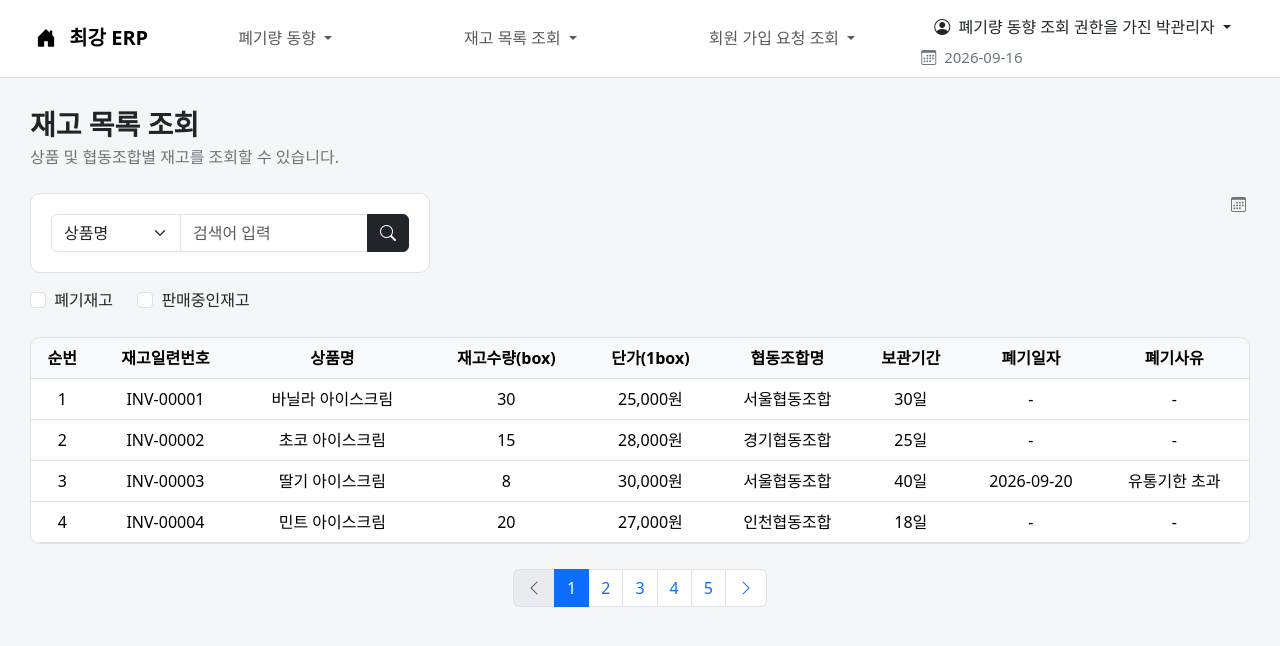
Repository: nojong99/kosta
Page: 32_MVCModel2/src/main/webapp/inventoryList.html
These files come from the project's save history. The page is drawn as it stood at one moment and after the next save; the edit follows.
The browser window is 1280 px wide. The pictures show the whole page.

Above is the page before, as saved 2026-09-23 05:47:52.

### 32_MVCModel2/src/main/webapp/inventoryList.html
<!DOCTYPE html>
<html lang="ko">
<head>
<meta charset="UTF-8">
<meta name="viewport" content="width=device-width, initial-scale=1.0">

<title>재고 목록 조회</title>

<!-- Bootstrap -->
<link
	href="https://cdn.jsdelivr.net/npm/bootstrap@5.3.8/dist/css/bootstrap.min.css"
	rel="stylesheet">

<!-- Bootstrap Icons -->
<link rel="stylesheet"
	href="https://cdn.jsdelivr.net/npm/bootstrap-icons@1.13.1/font/bootstrap-icons.min.css">

<style>
body {
	background-color: #f5f6f8;
}

.inventory-page {
	padding: 30px;
}

/* 검색 영역 */
.search-area {
	width: 30%;
	min-width: 400px;
}

.search-box {
	background-color: white;
	border: 1px solid #dee2e6;
	border-radius: 10px;
	padding: 20px;
}

/* 날짜 */
.current-date {
	font-size: 15px;
	color: #6c757d;
	font-weight: 500;
}

/* 재고 상태 */
.stock-status {
	margin-top: 15px;
}

.stock-status label {
	margin-right: 20px;
	cursor: pointer;
}

/* 목록 */
.inventory-table-area {
	margin-top: 25px;
	background-color: white;
	border-radius: 10px;
	overflow-x: auto;
	border: 1px solid #dee2e6;
}

.inventory-table {
	margin-bottom: 0;
	min-width: 1200px;
}

.inventory-table th {
	background-color: #f8f9fa;
	text-align: center;
	white-space: nowrap;
	vertical-align: middle;
}

.inventory-table td {
	text-align: center;
	vertical-align: middle;
	white-space: nowrap;
}

/* 폐기 상태 */
.disposed {
	color: #dc3545;
	font-weight: 600;
}

/* 판매중 상태 */
.selling {
	color: #198754;
	font-weight: 600;
}

/* 페이지네이션 */
.pagination-area {
	margin-top: 25px;
	display: flex;
	justify-content: center;
}
</style>
</head>

<body>

	<header>
		<nav class="navbar navbar-expand-lg bg-white border-bottom px-4">

			<div class="container-fluid">
				<a class="navbar-brand fw-bold me-4" href="index.html"> <i
					class="bi bi-house-door-fill me-2"></i> 최강 ERP
				</a>
				<ul class="navbar-nav flex-grow-1 mb-2 mb-lg-0">

					<li class="nav-item dropdown flex-fill text-center"><a
						class="nav-link dropdown-toggle" href="#" role="button"
						data-bs-toggle="dropdown"> 폐기량 동향 </a>

						<ul class="dropdown-menu">

							<li><a class="dropdown-item" href="#"> </a></li>

						</ul></li>

					<li class="nav-item dropdown flex-fill text-center"><a
						class="nav-link dropdown-toggle" href="#" role="button"
						data-bs-toggle="dropdown"> 재고 목록 조회 </a>
						<ul class="dropdown-menu">

							<li><a class="dropdown-item" href="#"> </a></li>

						</ul></li>
					<li class="nav-item dropdown flex-fill text-center"><a
						class="nav-link dropdown-toggle" href="#" role="button"
						data-bs-toggle="dropdown"> 회원 가입 요청 조회 </a>

						<ul class="dropdown-menu">

							<li><a class="dropdown-item" href="#"> </a></li>

						</ul></li>



				</ul>
				<div>
				<div class="dropdown">

					<button class="btn dropdown-toggle" data-bs-toggle="dropdown">

						<i class="bi bi-person-circle me-1"></i> 폐기량 동향 조회 권한을 가진 박관리자

					</button>


					<ul class="dropdown-menu dropdown-menu-end">

						<li><a class="dropdown-item" href="#"> 프로필 </a></li>

						<li><a class="dropdown-item" href="#"> 설정 </a></li>

						<li>
							<hr class="dropdown-divider">
						</li>

						<li><a class="dropdown-item" href="#"> 로그아웃 </a></li>

					</ul>

				</div>

				<div class="current-date me-3">
					<i class="bi bi-calendar3 me-1"></i> <span id="currentDate">2026-09-23</span>
				</div>
				</div>
			</div>

		</nav>
	</header>


	<main class="inventory-page">

		<!-- 제목 -->
		<div class="mb-4">
			<h3 class="fw-bold mb-1">재고 목록 조회</h3>
			<p class="text-secondary mb-0">상품 및 협동조합별 재고를 조회할 수 있습니다.</p>
		</div>


		<!-- 검색 영역 -->
		<div class="d-flex justify-content-between align-items-start">

			<!-- 왼쪽 검색 -->
			<div class="search-area">

				<div class="search-box">

					<div class="input-group">

						<!-- 검색 조건 -->
						<select class="form-select" style="max-width: 130px;">
							<option value="product">상품명</option>
							<option value="coop">협동조합명</option>
						</select>

						<!-- 검색어 -->
						<input type="text" class="form-control" placeholder="검색어 입력">

						<!-- 검색 버튼 -->
						<button class="btn btn-dark">
							<i class="bi bi-search"></i>
						</button>

					</div>

				</div>


				<!-- 재고 상태 -->
				<div class="stock-status">

					<label> <input type="checkbox"
						class="form-check-input me-1" id="disposed"> 폐기재고
					</label> <label> <input type="checkbox"
						class="form-check-input me-1" id="selling"> 판매중인재고
					</label>

				</div>

			</div>


			<!-- 현재 날짜 -->
			<div class="current-date">
				<i class="bi bi-calendar3 me-1"></i> <span id="currentDate"></span>
			</div>

		</div>


		<!-- 재고 목록 -->
		<div class="inventory-table-area">

			<table class="table table-hover inventory-table">

				<thead>

					<tr>
						<th>순번</th>
						<th>재고일련번호</th>
						<th>상품명</th>
						<th>재고수량(box)</th>
						<th>단가(1box)</th>
						<th>협동조합명</th>
						<th>보관기간</th>
						<th>폐기일자</th>
						<th>폐기사유</th>
					</tr>

				</thead>

				<tbody>

					<tr>
						<td>1</td>
						<td>INV-00001</td>
						<td>바닐라 아이스크림</td>
						<td>30</td>
						<td>25,000원</td>
						<td>서울협동조합</td>
						<td>30일</td>
						<td>-</td>
						<td>-</td>
					</tr>

					<tr>
						<td>2</td>
						<td>INV-00002</td>
						<td>초코 아이스크림</td>
						<td>15</td>
						<td>28,000원</td>
						<td>경기협동조합</td>
						<td>25일</td>
						<td>-</td>
						<td>-</td>
					</tr>

					<tr>
						<td>3</td>
						<td>INV-00003</td>
						<td>딸기 아이스크림</td>
						<td>8</td>
						<td>30,000원</td>
						<td>서울협동조합</td>
						<td>40일</td>
						<td>2026-09-20</td>
						<td>유통기한 초과</td>
					</tr>

					<tr>
						<td>4</td>
						<td>INV-00004</td>
						<td>민트 아이스크림</td>
						<td>20</td>
						<td>27,000원</td>
						<td>인천협동조합</td>
						<td>18일</td>
						<td>-</td>
						<td>-</td>
					</tr>

				</tbody>

			</table>

		</div>


		<!-- 페이지네이션 -->
		<div class="pagination-area">

			<nav>
				<ul class="pagination">

					<li class="page-item disabled"><a class="page-link" href="#">
							<i class="bi bi-chevron-left"></i>
					</a></li>

					<li class="page-item active"><a class="page-link" href="#">1</a>
					</li>

					<li class="page-item"><a class="page-link" href="#">2</a></li>

					<li class="page-item"><a class="page-link" href="#">3</a></li>

					<li class="page-item"><a class="page-link" href="#">4</a></li>

					<li class="page-item"><a class="page-link" href="#">5</a></li>

					<li class="page-item"><a class="page-link" href="#"> <i
							class="bi bi-chevron-right"></i>
					</a></li>

				</ul>
			</nav>

		</div>

	</main>


	<script>
		// 현재 날짜 표시
		const today = new Date();

		const year = today.getFullYear();
		const month = String(today.getMonth() + 1).padStart(2, '0');
		const day = String(today.getDate()).padStart(2, '0');

		document.getElementById("currentDate").textContent = `${year}-${month}-${day}`;
	</script>

</body>
</html>

After the next save:
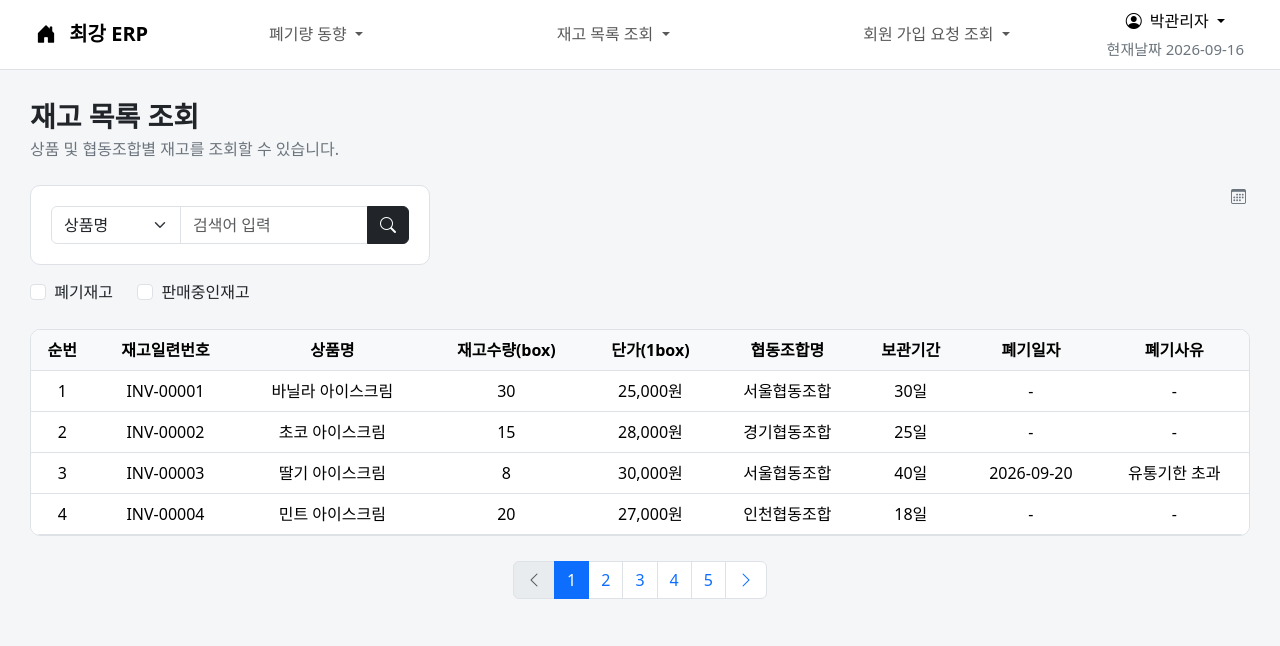
Saved 25 s later.
--- a/32_MVCModel2/src/main/webapp/inventoryList.html
+++ b/32_MVCModel2/src/main/webapp/inventoryList.html
@@ -144,35 +144,24 @@ body {
 
 
 				</ul>
-				<div>
-				<div class="dropdown">
-
-					<button class="btn dropdown-toggle" data-bs-toggle="dropdown">
-
-						<i class="bi bi-person-circle me-1"></i> 폐기량 동향 조회 권한을 가진 박관리자
-
-					</button>
-
-
-					<ul class="dropdown-menu dropdown-menu-end">
-
-						<li><a class="dropdown-item" href="#"> 프로필 </a></li>
-
-						<li><a class="dropdown-item" href="#"> 설정 </a></li>
-
-						<li>
-							<hr class="dropdown-divider">
-						</li>
-
-						<li><a class="dropdown-item" href="#"> 로그아웃 </a></li>
-
-					</ul>
-
-				</div>
-
-				<div class="current-date me-3">
-					<i class="bi bi-calendar3 me-1"></i> <span id="currentDate">2026-09-23</span>
-				</div>
+				<div class="header-right d-flex flex-column align-items-center gap-1">
+					<div class="dropdown">
+						<button class="dropdown-toggle border-0 bg-transparent"
+							data-bs-toggle="dropdown">
+							<i class="bi bi-person-circle me-1"></i> 박관리자
+						</button>
+
+						<ul class="dropdown-menu dropdown-menu-end">
+							<li><a class="dropdown-item" href="#">프로필</a></li>
+							<li><a class="dropdown-item" href="#">설정</a></li>
+							<li><hr class="dropdown-divider"></li>
+							<li><a class="dropdown-item" href="#">로그아웃</a></li>
+						</ul>
+					</div>
+
+					<div class="current-date">
+						현재날짜 <span id="currentDate">2026-09-23</span>
+					</div>
 				</div>
 			</div>
 
